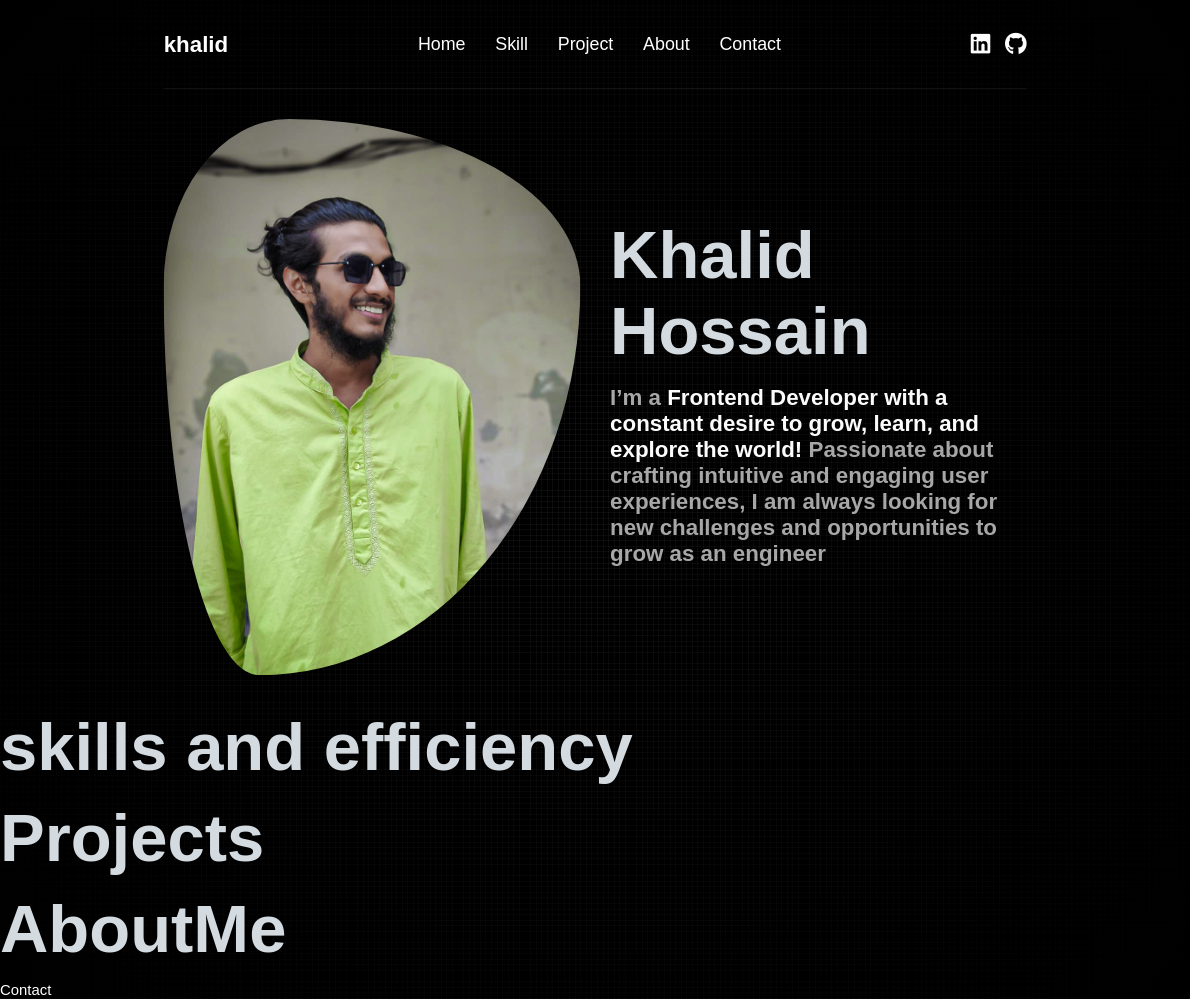
Repository: badhon252/my-portfolio
Page: /
An editor plug-in stored every save of this project. The page is shown before and after the next save, followed by the edit.
The browser window is 1280 px wide. The pictures show the whole page, at 93% of full size.
The project was rebuilt for these pictures with package versions that can differ from the ones it lists, and the page was loaded fresh each time. Also part of the build but not shown: src/Components/Home/Header/Navbar/Navs/LinkedIn/LinkedIn.module.css, src/Components/Home/Header/Navbar/Navs/GitHub/Github.module.css.

Above is the page before, as saved 2023-01-16 00:01:27.

### public/index.html
<!DOCTYPE html>
<html lang="en">

<head>
    <meta charset="utf-8" />
    <link rel="icon" href="%PUBLIC_URL%/favicon.ico" />
    <meta name="viewport" content="width=device-width, initial-scale=1" />
    <meta name="theme-color" content="#000000" />
    <meta name="description" content="Web site created using create-react-app, Portfolio" />
    <link rel="apple-touch-icon" href="%PUBLIC_URL%/logo192.png" />
    <link rel="stylesheet" href="https://cdnjs.cloudflare.com/ajax/libs/font-awesome/6.2.1/css/all.min.css">
    <link rel="manifest" href="%PUBLIC_URL%/manifest.json" />

    <title>Portfolio Website</title>
</head>

<body>
    <div id="root"></div>

    <script src="https://platform.linkedin.com/badges/js/profile.js" async defer type="text/javascript"></script>

</body>

</html>

### src/index.css
body {
    margin: 0;
    font-family: -apple-system, BlinkMacSystemFont, 'Segoe UI', 'Roboto', 'Oxygen', 'Ubuntu', 'Cantarell', 'Fira Sans', 'Droid Sans', 'Helvetica Neue', sans-serif;
    -webkit-font-smoothing: antialiased;
    -moz-osx-font-smoothing: grayscale;
    background-color: #000000;
    background-image: radial-gradient(circle at center center, transparent 0%, rgb(0, 0, 0) 99%), repeating-linear-gradient(0deg, rgba(163, 163, 163, 0.07) 0px, rgba(163, 163, 163, 0.07) 1px, transparent 1px, transparent 6px), repeating-linear-gradient(90deg, rgba(163, 163, 163, 0.07) 0px, rgba(163, 163, 163, 0.07) 1px, transparent 1px, transparent 6px), linear-gradient(90deg, rgb(0, 0, 0), rgb(0, 0, 0));
    color: #ffffff;
}

code {
    font-family: source-code-pro, Menlo, Monaco, Consolas, 'Courier New', monospace;
}

* {
    margin: 0;
    padding: 0;
    box-sizing: border-box;
    font-family: 'Poppins', sans-serif;
}

### src/App.js
import Home from './Components/Home/Home';

function App() {
  return (
    <div className="App">
      <Home/>
    </div>
  );
}

export default App;

### src/Components/Home/Home.jsx
import AboutMe from "./AboutMe/AboutMe";
import Footer from "./Footer/Footer";
import Header from "./Header/Header";
import Projects from "./Project/Projects";
import Skill from "./Skill/Skill";


export default function Home() {
  return (
    <div>
        <Header />
        <Skill/>
        <Projects/>
        <AboutMe/>
        <Footer/>

    </div>
  )
}

### src/Components/Home/AboutMe/AboutMe.jsx
import React from 'react';

const AboutMe = () => {
    return (
        <div>
            <h1>AboutMe</h1>
        </div>
    );
}

export default AboutMe;

### src/Components/Home/Footer/Footer.jsx
import React from 'react'
import Contact from './Contact/Contact'

export default function Footer() {
  return (
    <div>
        <Contact/>
    </div>
  )
}

### src/Components/Home/Header/Header.jsx
import React from 'react'
import HeaderContent from './HeaderContent/HeaderContent'
import Navbar from './Navbar/Navbar'
import Classes from './Header.module.css'

export default function Header() {
  return (
    <div className={Classes.header}>
      <Navbar/>
      <HeaderContent/>
    </div>
  )
}

### src/Components/Home/Project/Projects.jsx
import React from 'react';

const Projects = () => {
    return (
        <div>
            <h1>Projects</h1>
        </div>
    );
}

export default Projects;

### src/Components/Home/Skill/Skill.jsx
import React from 'react';

const SkillEfficiency = () => {
    return (
        <div>
        <h1>skills and efficiency</h1>
        </div>
    );
}

export default SkillEfficiency;

### src/Components/Home/Header/HeaderContent/HeaderContent.jsx
import Badhon from "../../../../Assests/Images/badhon.jpg";
import HeroSection from './HeroSection'
import Classes from "./Header.module.css";

export default function HeaderContent() {
  return (
    <div>
      <div className={Classes.heroSection}>
          <div className={Classes.row}>
            <HeroSection col={Classes.col}/>
            <div className={Classes.col}>
              <img src={Badhon} alt="Badhon" className={Classes.heroImage} />
            </div>

        </div>
      </div>
    </div>
  )
}

### src/Components/Home/Header/Navbar/Navbar.jsx
import "./Navs/Navs.css"
import "./Navbar.css"
import NavbarBrand from './NavbarBrand/NavbarBrand'
import Nav from './Navs/Nav/Nav'
import LinkedIn from './Navs/LinkedIn/LinkedIn'
import GitHub from './Navs/GitHub/Github'

export default function Navbar() {
  return (
    <div className='navBar borderBottom'>
            <NavbarBrand/>
            <Nav/>
         <div className='navBar'>
            <LinkedIn/>
            <GitHub/>
         </div>
    </div>
  )
}

### src/Components/Home/Header/Header.module.css
.header {
    min-height: 100vh;
    margin: 0 10rem;
    color: aliceblue;
    padding: 0 1rem;
}

### src/Components/Home/Header/HeaderContent/HeroSection.jsx
import Classes from "./Header.module.css";


export default function HeroSection({col}) {
  return (
    <div className={col}>
          <h1 className={Classes.h1}>Khalid Hossain</h1>
          <p>
            I’m a <span>Frontend Developer with a constant desire to grow, learn, and explore the world!</span> Passionate about crafting intuitive and engaging user experiences,
            I am always looking for new challenges and opportunities to grow as an engineer

          </p>
    </div>
  );
}

### src/Components/Home/Header/HeaderContent/Header.module.css
.row {
    display: flex;
    flex-direction: row-reverse;
    justify-content: space-between;
    align-items: center;
    flex-wrap: wrap;
    margin: 2rem 0;
    gap: 2rem;
}

.col {
    flex-basis: 45%;
    flex: 1;
}

.heroImage {
    min-width: 300px;
    max-width: 600px;
    width: 100%;
    height: auto;
    box-sizing: border-box;
    overflow: hidden;
    transition: .7s;
    border-radius: 30% 70% 77% 23% / 30% 30% 70% 70%;
}

.heroImage:hover {
    border-radius: 50%;
}

h1 {
    font-size: 4.5em;
    font-weight: 700;
    margin-bottom: 1rem;
    color: rgba(240, 248, 255, 0.877);
}

p {
    font-size: 1.5em;
    font-weight: 600;
    margin-bottom: 1rem;
    color: rgba(255, 255, 255, 0.651);
}

p span {
    color: #fcfcfc;
}

### src/Components/Home/Header/Navbar/Navs/Navs.css
.flexRow {
    display: flex;
    justify-content: space-between;
    align-items: center;
    flex-wrap: wrap;
    gap: 2rem;
}

.me_1 {
    margin-right: 1rem;
}

### src/Components/Home/Header/Navbar/Navbar.css
.boxShadow {
    -webkit-box-shadow: 0px 22px 40px -37px rgba(255, 255, 255, 1);
    -moz-box-shadow: 0px 22px 40px -37px rgba(255, 255, 255, 1);
    box-shadow: 0px 22px 40px -37px rgba(255, 255, 255, 1);
}

.borderBottom {
    border-bottom: 1px solid #f6f6f612;
}

### src/Components/Home/Header/Navbar/NavbarBrand/NavbarBrand.jsx
import Classes from "./NavbarBrand.module.css"
export default function NavbarBrand() {
  return (
    <div className={Classes.navbarBrand}>khalid</div>
  )
}

### src/Components/Home/Header/Navbar/Navs/Nav/Nav.jsx
import "./../Navs.css"
import "./Nav.css"
export default function Nav() {
  return (
    <div>
        <nav className="navBar" >
            <div className="container-fluid">

                {/* <button className="navbar-toggler" type="button" data-bs-toggle="collapse" data-bs-target="#navbarSupportedContent" aria-controls="navbarSupportedContent" aria-expanded="false" aria-label="Toggle navigation">
                <span className="navbar-toggler-icon"></span>
                </button> */}
                <div className="collapse navbar-collapse" id="navbarSupportedContent">
                <ul className="flexRow navbar-nav me-auto mb-2 mb-lg-0">
                    <li className="nav-item">
                    <a className="nav-link" href="#home">Home</a>
                    </li>
                    <li className="nav-item">
                    <a className="nav-link" href="#skill">Skill</a>
                    </li>
                    <li className="nav-item">
                    <a className="nav-link" href="#project">Project</a>
                    </li>
                    <li className="nav-item">
                    <a className="nav-link" href="#aboutMe">About</a>
                    </li>
                     <li className="nav-item">
                    <a className="nav-link" href="#contact">Contact</a>
                    </li>

                </ul>

                </div>
            </div>
        </nav>
    </div>
  )
}

### src/Components/Home/Header/Navbar/Navs/LinkedIn/LinkedIn.jsx
import "./LinkedIn.module.css"

export default function LinkedIn() {
  return (
    <div className='me_1' >
      <a href="https://www.linkedin.com/in/khalidhossainbadhon/" target="_blank" rel="noreferrer">
     <i class="fa-brands fa-linkedin"></i>
      </a>
    </div>
  )
}

### src/Components/Home/Header/Navbar/Navs/GitHub/Github.jsx
import Classes from "./Github.module.css"

export default function GitHub() {
  return (
    <div className={Classes.faBrands}>
      <a href="https://github.com/badhon252"><i class="fa-brands fa-github"></i></a>
    </div>
  )
}

### src/Components/Home/Header/Navbar/NavbarBrand/NavbarBrand.module.css
.navbarBrand {
    font-size: 1.5rem;
    font-weight: 700;
    color: rgb(255, 255, 255);
}

### src/Components/Home/Header/Navbar/Navs/Nav/Nav.css
.navBar {
    display: flex;
    justify-content: space-between;
    align-items: center;
    padding: 1.1rem 0;
    flex-wrap: wrap;
}

.navbar-nav {
    list-style-type: none;
    display: flex;
    justify-content: space-between;
}

.navbar-nav li a {
    text-decoration: none;
    color: rgb(255, 255, 255);
    font-size: 1.2rem;
    font-weight: 500;
    transition: all 0.3s ease-in-out;
}

.navbar-nav li a:hover {
    color: #49ff12;
}

.navbar-nav li a.active {
    color: #bb0707;
}

.navbar-nav li a.active:hover {
    color: #f1f1f1;
}

.navbar-nav li a.active::after {
    content: "";
    display: block;
    width: 100%;
    height: 2px;
    background: #f1f1f1;
    margin-top: 5px;
}

.navbar-nav li a.active:hover::after {
    background: #f1f1f1;
}

.fa-brands,
.fab {
    font-weight: 400;
    font-size: 1.5rem;
    color: #fff;
}

Loaded but not shown: src/index.js (common file); src/reportWebVitals.js (common file); src/Components/Home/Footer/Contact/Contact.jsx (common file)

After the next save:
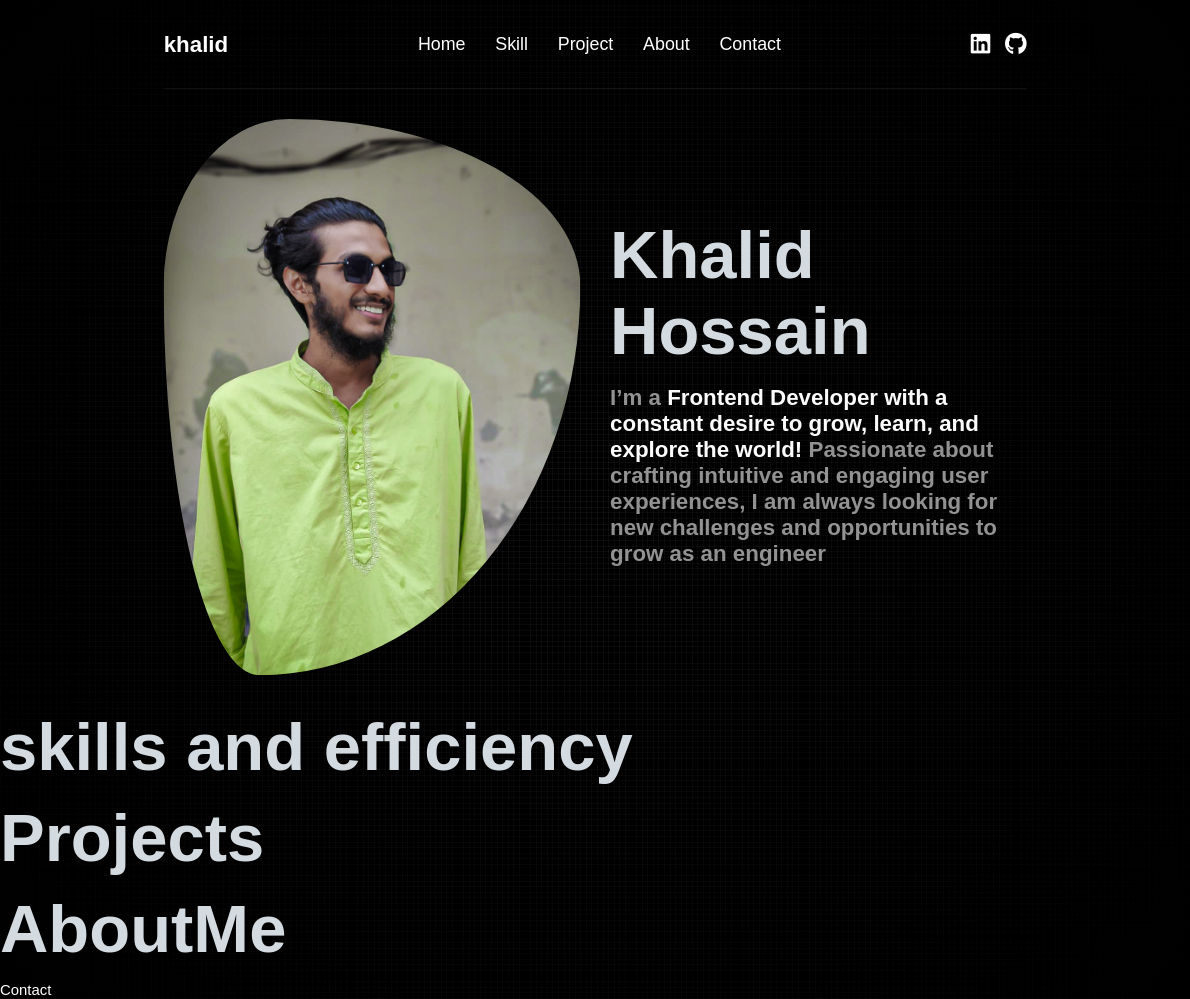
Saved 21 s later.
--- a/src/Components/Home/Header/HeaderContent/Header.module.css
+++ b/src/Components/Home/Header/HeaderContent/Header.module.css
@@ -39,7 +39,7 @@ p {
     font-size: 1.5em;
     font-weight: 600;
     margin-bottom: 1rem;
-    color: rgba(255, 255, 255, 0.651);
+    color: rgba(255, 255, 255, 0.568);
 }
 
 p span {
